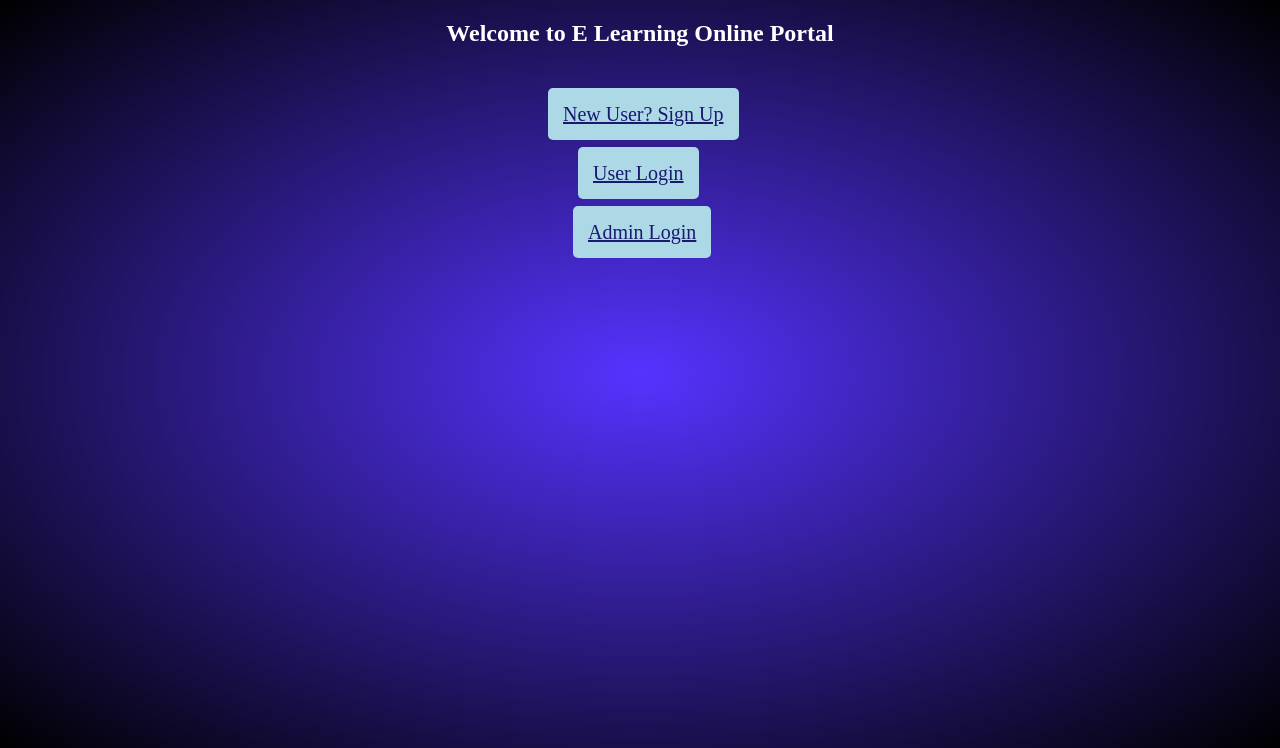
Repository: ShreyasG27/Amdocs-Training
Page: http://localhost/e-learning-frontend/
The author's editor kept a copy of each file at every save. The page is drawn from the files as they stood at one save, then again after the next save.
The browser window is 1280 px wide. The pictures show the whole page.
The page is served by Tomcat 9. Other server files are loaded and not shown.

Above is the page before, as saved 2021-08-22 12:54:41.

### e-learning-frontend/src/main/webapp/index.jsp
<%@ page language="java" contentType="text/html; charset=ISO-8859-1"
    pageEncoding="ISO-8859-1"%>
<!DOCTYPE html>
<html>
<head>
<meta charset="ISO-8859-1">
<title>eLearning Online Portal</title>
<style>
body{
	background-image: radial-gradient(#5633ff, #000000);
	color: white;
	height: 100vh;
}
.signinbutton{
	margin-left:565px;
	padding:15px;
	font-size:20px;
	color: midnightblue;
	background-color:lightblue;
	border-radius:5px;
	margin-top: 20px;
}
.signinbutton:hover{
	margin-left:565px;
	padding:15px;
	font-size:20px;
	color: midnightblue;
	background-color:cyan;
	border-radius:5px;
	margin-top: 20px;
}
.userbutton{
	margin-left:570px;
	padding:15px;
	font-size:20px;
	color: midnightblue;
	background-color:lightblue;
	border-radius:5px;
	margin-top:50px;
}
.userbutton:hover{
	margin-left:570px;
	padding:15px;
	font-size:20px;
	color: midnightblue;
	background-color:cyan;
	border-radius:5px;
	margin-top:20px;
}
.registerbutton{
	margin-left:540px;
	padding:15px;
	font-size:20px;
	color: midnightblue;
	background-color:lightblue;
	border-radius:5px;
	margin-top:20px;
}
.registerbutton:hover{
	margin-left:540px;
	padding:15px;
	font-size:20px;
	color: midnightblue;
	background-color:cyan;
	border-radius:5px;
	margin-top:40px;
}
</style>
</head>
<body>
<center><h2>Welcome to E Learning Online Portal</h2></center>

<br><br><a class="registerbutton" href="register.jsp">New User? Sign Up</a><br><br><br>
<a class="userbutton" href="loginuser.jsp">User Login</a><br><br><br>
<a class="signinbutton" href="loginadmin.jsp">Admin Login</a><br><br><br>
</body>
</html>

After the next save:
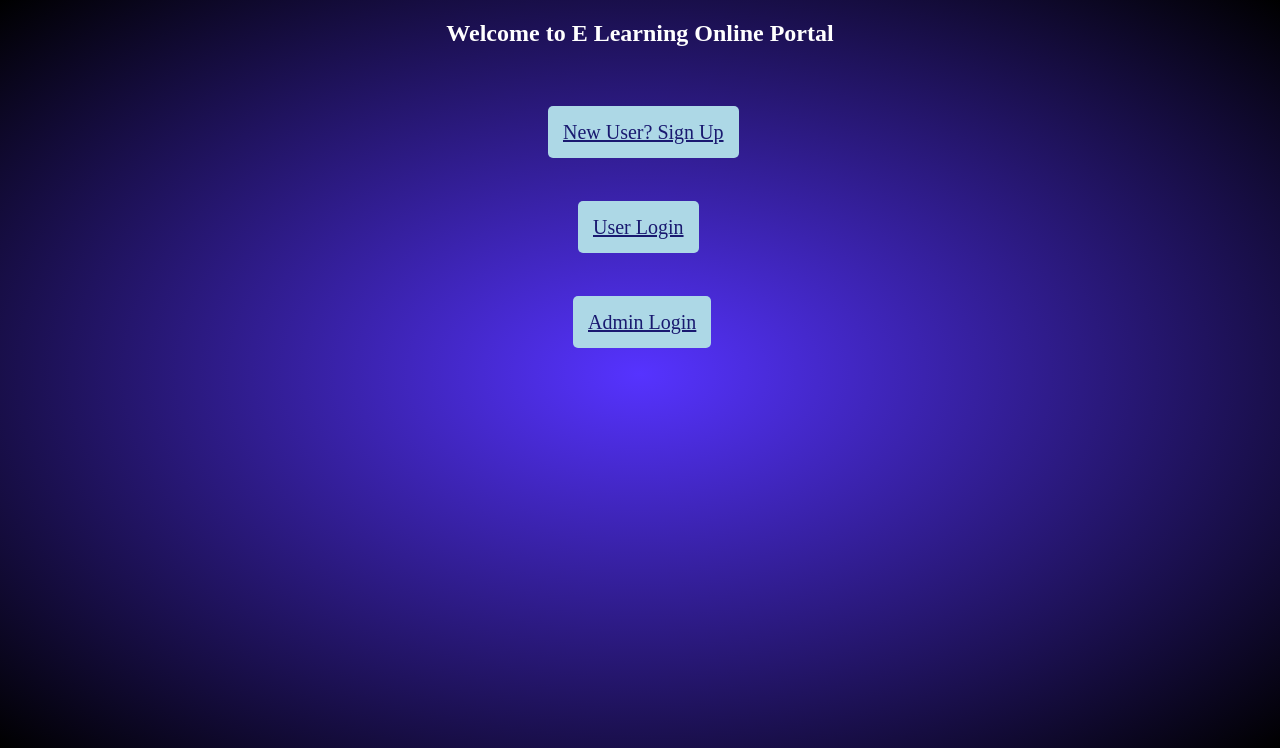
Saved 34 s later.
--- a/e-learning-frontend/src/main/webapp/index.jsp
+++ b/e-learning-frontend/src/main/webapp/index.jsp
@@ -70,8 +70,8 @@ body{
 <body>
 <center><h2>Welcome to E Learning Online Portal</h2></center>
 
-<br><br><a class="registerbutton" href="register.jsp">New User? Sign Up</a><br><br><br>
-<a class="userbutton" href="loginuser.jsp">User Login</a><br><br><br>
-<a class="signinbutton" href="loginadmin.jsp">Admin Login</a><br><br><br>
+<br><br><br><a class="registerbutton" href="register.jsp">New User? Sign Up</a><br><br><br><br><br>
+<a class="userbutton" href="loginuser.jsp">User Login</a><br><br><br><br><br>
+<a class="signinbutton" href="loginadmin.jsp">Admin Login</a><br><br><br><br><br>
 </body>
 </html>
